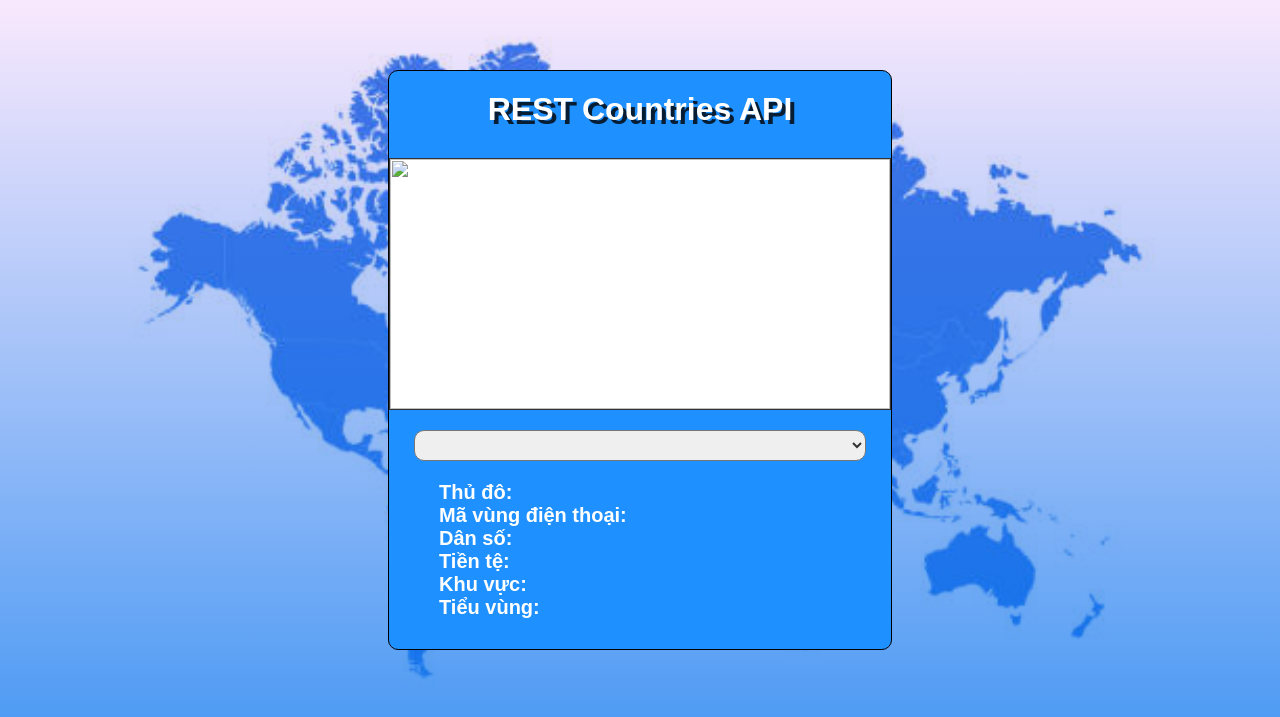
Repository: KhoaTran204/Rest-countries-api-app
Page: index.html
These files come from the project's save history. The page is drawn as it stood at one moment and after the next save; the edit follows.
The browser window is 1280 px wide. The pictures show the whole page.
The page's requests for data from a server got no answer.

Above is the page before, as saved 2024-04-14 09:07:41.

After the next save:
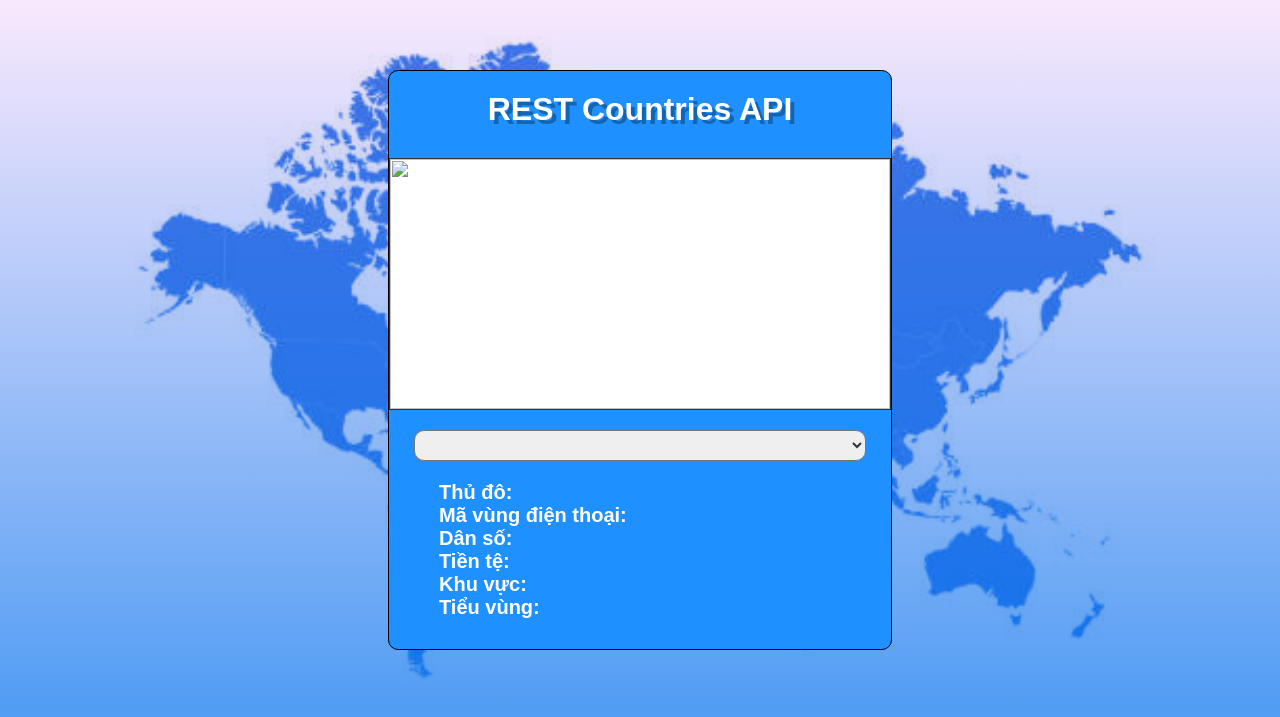
Saved 9 s later.
--- a/style.css
+++ b/style.css
@@ -41,7 +41,7 @@ body {
 }
 .container h1 {
   text-align: center;
-  text-shadow: 4px 4px rgba(0, 0, 0, 0.8);
+  text-shadow: 4px 4px rgba(0, 0, 0, 0.3);
   color: #fff;
   margin: 20px;
 }
